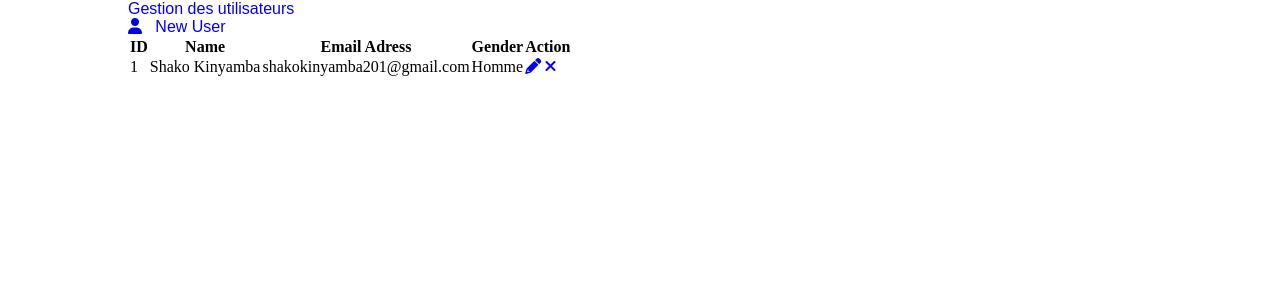
Repository: SKB-TECH/CrudMren
Page: index.html
An editor plug-in stored every save of this project. The page is shown before and after the next save, followed by the edit.
The browser window is 1280 px wide. The pictures show the whole page.
Some web fonts or font styles are not loaded; a fallback is used.

Above is the page before, as saved 2022-10-05 09:25:12.

After the next save:
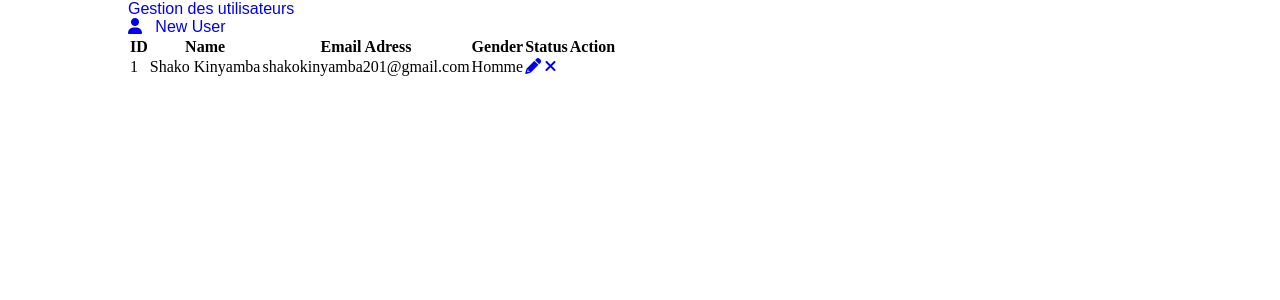
Saved 102 s later.
--- a/index.html
+++ b/index.html
@@ -43,6 +43,7 @@
                             <th>Name</th>
                             <th>Email Adress</th>
                             <th>Gender</th>
+                            <th>Status</th>
                             <th>Action</th>
                         </tr>
                     <tbody>
